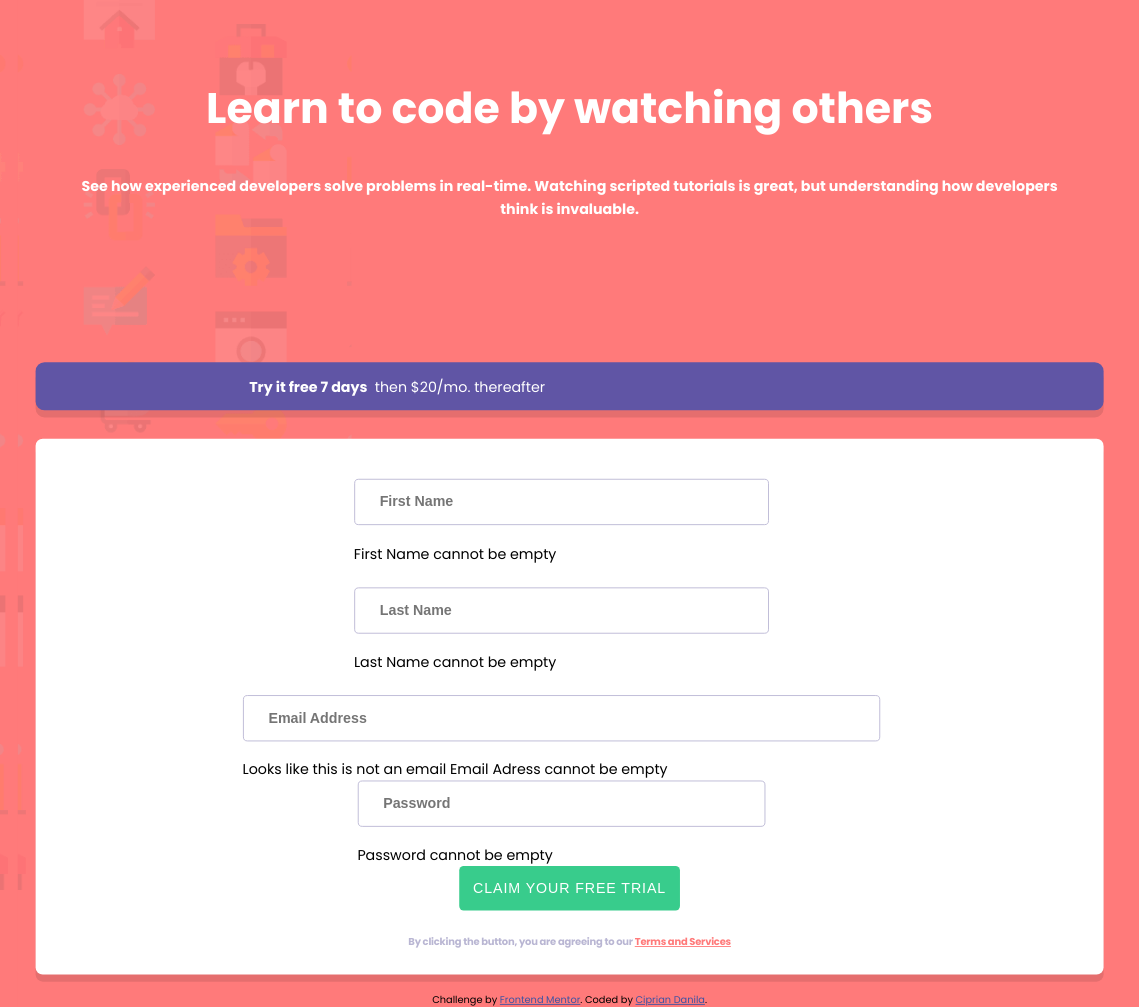
Repository: cipdanila/intro-component-with-sign-up-form
Page: index.html
The author's editor kept a copy of each file at every save. The page is drawn from the files as they stood at one save, then again after the next save.
The browser window is 1280 px wide. The pictures show the whole page, at 89% of full size.

Above is the page before, as saved 2024-02-14 19:50:57.

### index.html
<!DOCTYPE html>
<html lang="en">
    <head>
        <meta charset="UTF-8" />
        <meta name="viewport" content="width=device-width, initial-scale=1.0" />
        <!-- displays site properly based on user's device -->

        <link rel="icon" type="image/png" sizes="32x32" href="./images/favicon-32x32.png" />
        <link rel="stylesheet" href="css/styles.css" />
        <title>Frontend Mentor | Intro component with sign up form</title>
    </head>
    <body>
        <main>
            <div class="container">
                <section class="intro">
                    <h1 class="learn-title">Learn to code by watching others</h1>
                    <p class="intro">
                        See how experienced developers solve problems in real-time. Watching scripted tutorials is great, but
                        understanding how developers think is invaluable.
                    </p>
                </section>
                <section class="container-form">
                    <h2 class="price-title"><span>Try it free 7 days</span> then $20/mo. thereafter</h2>

                    <form action="" class="register-form">
                        <div>
                            <label for="fname"> </label><br />
                            <input type="text" name="fname" id="fname" class="input-field" placeholder="First Name" required />
                            <span class="error-message" id="fname-error">First Name cannot be empty</span>
                        </div>
                        <div>
                            <label for="lname"> </label><br />
                            <input type="text" name="lname" id="lname" placeholder="Last Name" required />
                            <span class="error-message" id="lname-error">Last Name cannot be empty</span>
                        </div>
                        <div>
                            <label for="email"> </label><br />
                            <input type="email" name="email" id="email" placeholder="Email Address" required />
                            <span class="error-message" id="email-error">Looks like this is not an email</span>
                            <span class="error-message" id="email-error2">Email Adress cannot be empty</span>
                        </div>
                        <div>
                            <label for="password"></label>
                            <input type="password" name="password" id="password" placeholder="Password" required />
                            <span class="error-message" id="password-error">Password cannot be empty</span>
                        </div>
                        <button type="submit" id="login-button">Claim your free trial</button>
                        <p>By clicking the button, you are agreeing to our <a class="terms" href="#">Terms and Services</a></p>
                    </form>
                </section>
            </div>
        </main>

        <footer>
            <div class="attribution">
                Challenge by
                <a
                    href="https://www.frontendmentor.io/challenges/intro-component-with-signup-form-5cf91bd49edda32581d28fd1/hub"
                    target="_blank"
                    rel="noopener noreferer"
                    >Frontend Mentor</a
                >. Coded by <a href="https://github.com/cipdanila" target="_blank" rel="noopener noreferer">Ciprian Danila</a>.
            </div>
        </footer>
    </body>
</html>

### css/styles.css
@import url("https://fonts.googleapis.com/css2?family=Poppins:wght@400;500;600;700&display=swap");

:root {
    /* Colors */
    /* Primary */
    --red: hsl(0, 100%, 74%);
    --green: hsl(154, 59%, 51%);
    /* Accent */
    --blue: hsl(248, 32%, 49%);
    /* Neutral */
    --dark-blue: hsl(249, 10%, 26%);
    --grayish-blue: hsl(246, 25%, 77%);
    --white: #fff;
    /* Other variables */
    --font-size-base: 1rem; /* 16px */
    --font-weight-base: 400;
}

*,
*::after,
*::before {
    margin: 0;
    padding: 0;
    box-sizing: border-box;
}

body,
html {
    font-family: "Poppins", sans-serif;
    font-size: var(--font-size-base);
    font-weight: var(--font-weight-base);
    background: var(--red) url(/images/bg-intro-mobile.png) no-repeat;
    padding: 0 1.25rem;
}

.learn-title {
    font-size: 3rem;
    font-weight: 700;
    color: #fff;
    line-height: 3.3rem;
    padding: 1rem;
    margin-bottom: 1rem;
    margin-top: 4rem;
    text-align: center;
}

.intro {
    color: var(--white);
    padding: 1rem;
    font-weight: 700;
    margin-bottom: 4rem;
    text-align: center;
}

.price-title {
    font-size: 1rem;
    font-weight: 400;
    background-color: var(--blue);
    color: var(--white);
    box-shadow: rgba(0, 0, 0, 0.1) 0px 0.5rem;
    /* display: flex;*/
    align-items: center;
    /*justify-content: center; */
    padding: 0.928rem 20%;
    border-radius: 0.625rem;
    margin-bottom: 2rem;
}


.price-title > span {
    font-weight: 700;
    margin-right: 0.25rem;
}

.register-form {
    background-color: var(--white);
    padding: 1.25rem;
    border-radius: 0.5rem;
    box-shadow: rgba(0, 0, 0, 0.1) 0px 0.5rem;
    display: flex;
    flex-direction: column;
    align-items: center;
    justify-content: center;
}

/* .register-form div {
    display: flex;
    flex-direction: column;
    justify-content: center;
    align-items: center;
} */

.register-form input {
    width: calc(100% - 1.125rem);
    padding: 1rem;
    margin-bottom: 1.200rem;
    border-radius: 0.313rem;
    border: 1px solid var(--grayish-blue);
    color: var(--dark-blue);
    font-size: 1rem;
    font-weight: 700;
    text-indent: 0.75rem;
}

.register-form button {
    background-color: var(--green);
    color: var(--white);
    cursor: pointer;
    padding: 1rem;
    margin-bottom: 1.200rem;
    border-radius: 0.313rem;
    border: none;
    font-size: 1rem;
    font-weight: 500;
    letter-spacing: 1px;
    text-transform: uppercase;
}

.register-form p {
    color: var(--grayish-blue);
    font-size: 0.7rem;
    font-weight: 700;
    letter-spacing: -0.016rem;
    text-align: center;
    padding: 0.5rem 2.5rem;
}

a.terms {
    color: var(--red);
    font-weight: 700;
}

footer {
    margin-top: 20px;
}

.attribution {
    font-size: 11px;
    text-align: center;
}

.attribution a {
    color: hsl(228, 45%, 44%);
}

/*
main {
    display: flex;
    justify-content: center;
    align-items: center;
    height: 100vh;
    background-color: var(--red);
    background-image: url("./images/bg-intro-desktop.png");
    background-size: cover;
    background-position: center;
    width: 100%;
}

.container {
    min-height: 100vh;
    display: flex;
    flex-direction: row;
    align-items: center;
    justify-content: center;
    padding: 5rem;
}

section {
    max-width: 100%;
    width: 50%;
    display: flex;
    flex-direction: column;
    align-items: center;
    justify-content: center;
    padding: 2rem;
}


input {
    border-style: none;
    outline: none;
}

input:focus {
    border: 1px solid var(--blue);
}

.input-field {
    border: 1px solid var(--dark-blue);
}

.input-field.input-error {
    border-color: var(--red);
}

.input-field.input-error::after {
    content: "";
    position: absolute;
    top: 50%;
    right: 10px;
    transform: translateY(-50%);
    width: 10px;
    height: 10px;
    background-image: url(./images/icon-error.svg);
    background-size: contain;
    background-color: var(--red);
    border-radius: 50%;
}

.error-message {
    display: none;
    color: var(--red);
    font-size: 12px;
    margin-top: 5px;
}

.error-message.show {
    display: block;
}

button:hover {
    background-color: hsl(154, 59%, 68%);
    cursor: pointer;
}


/* @media (max-width: 650px) {
    main {
        height: auto;
    }
    .container {
        width: 100%;
        flex-direction: column;
        padding: 1rem;
    }
    section {
        width: 100%;
        padding: 1rem;
    }

    .learn {
        font-size: 1.6rem;
        line-height: normal;
        margin: 3rem;
        padding: 1rem;
    }
} */
/*
@media screen and (max-width: 768px) {
    .container {
        flex-direction: column;
        text-align: center;
        padding: 3rem;
    }

    section {
        width: 100%;
    }

    .container-form {
        margin-bottom: 5rem;
        margin-right: 0;
    }
} */

After the next save:
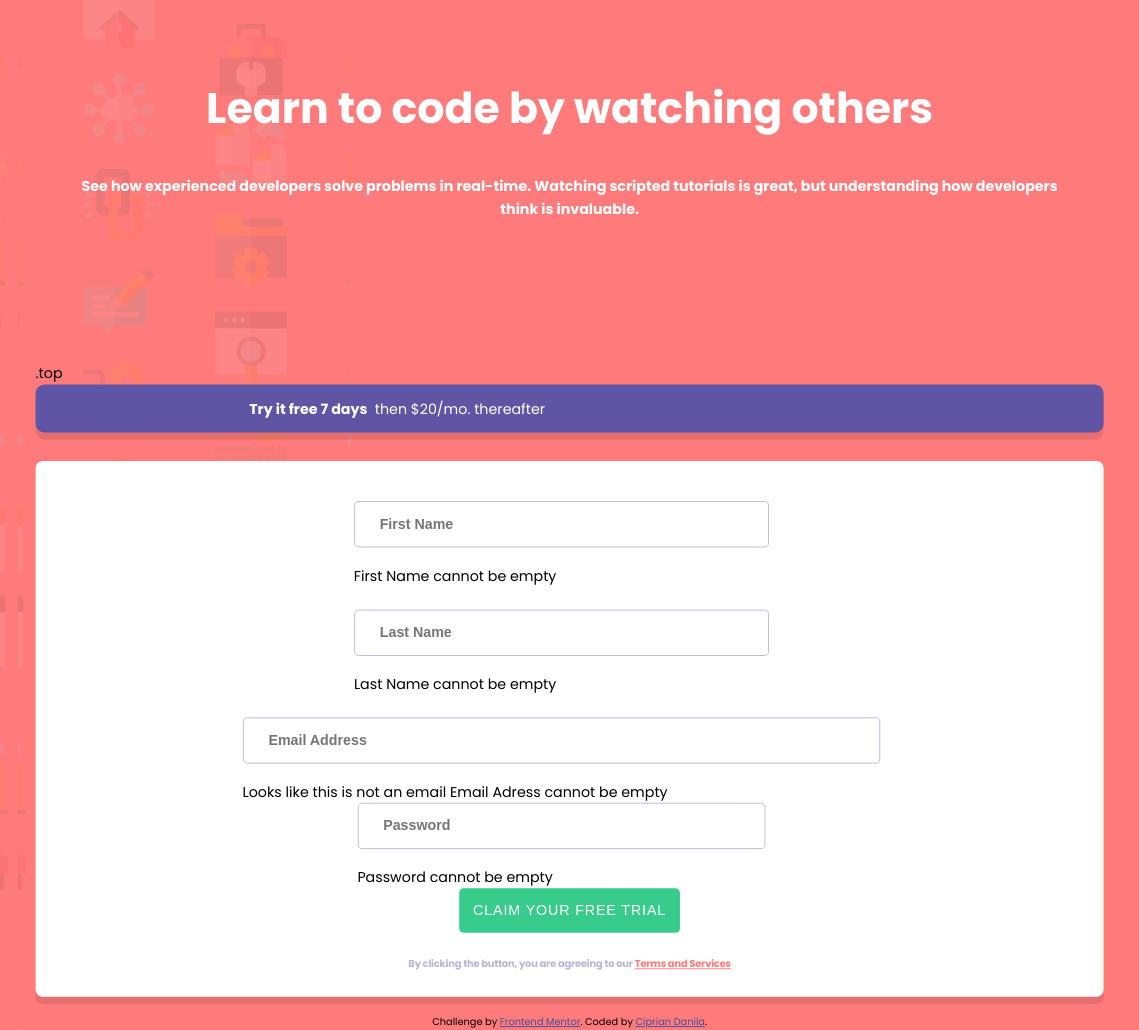
Saved 37 s later.
--- a/index.html
+++ b/index.html
@@ -20,6 +20,7 @@
                     </p>
                 </section>
                 <section class="container-form">
+                    .top
                     <h2 class="price-title"><span>Try it free 7 days</span> then $20/mo. thereafter</h2>
 
                     <form action="" class="register-form">

After the save that followed:
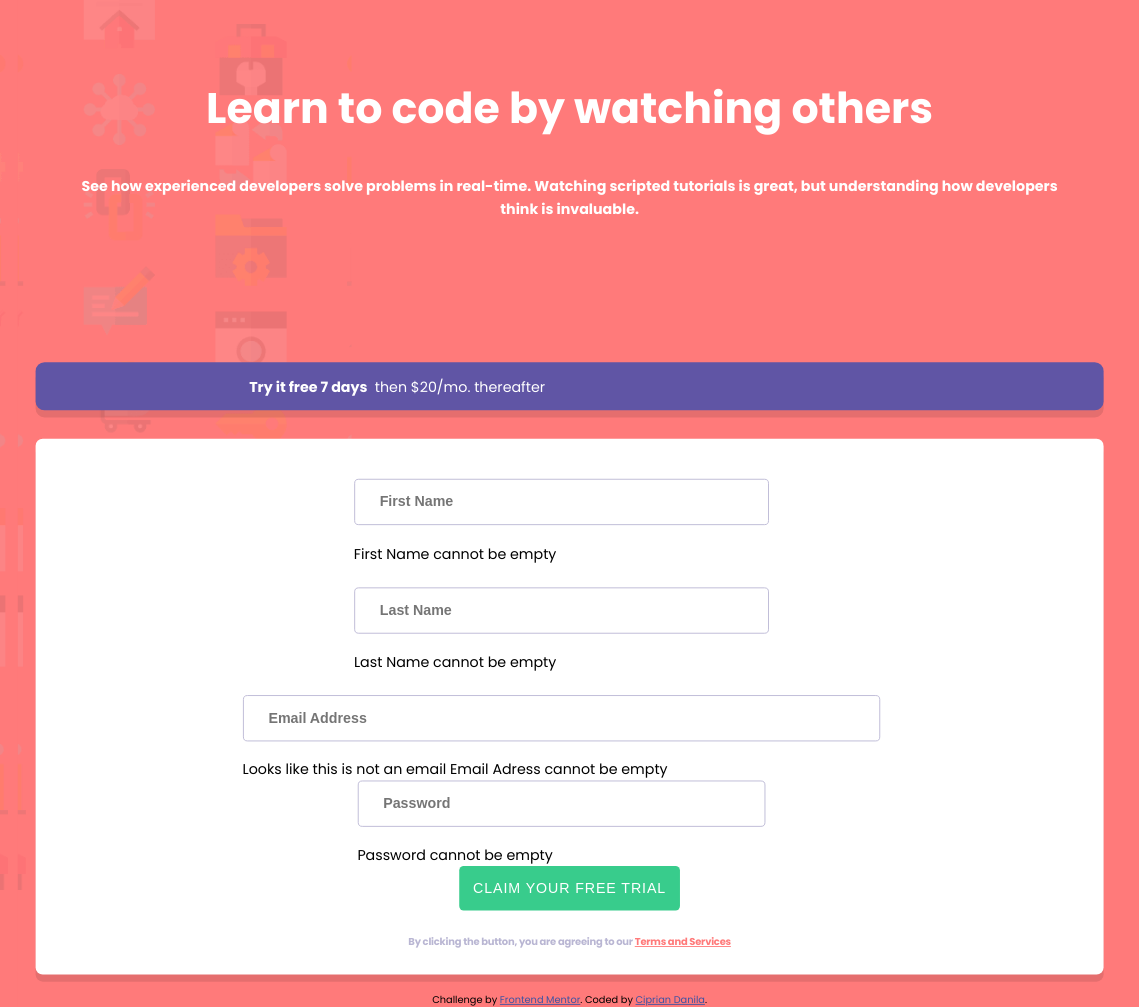
Saved 9 s later.
--- a/index.html
+++ b/index.html
@@ -20,7 +20,7 @@
                     </p>
                 </section>
                 <section class="container-form">
-                    .top
+                    <div class="top-box"></div>
                     <h2 class="price-title"><span>Try it free 7 days</span> then $20/mo. thereafter</h2>
 
                     <form action="" class="register-form">
